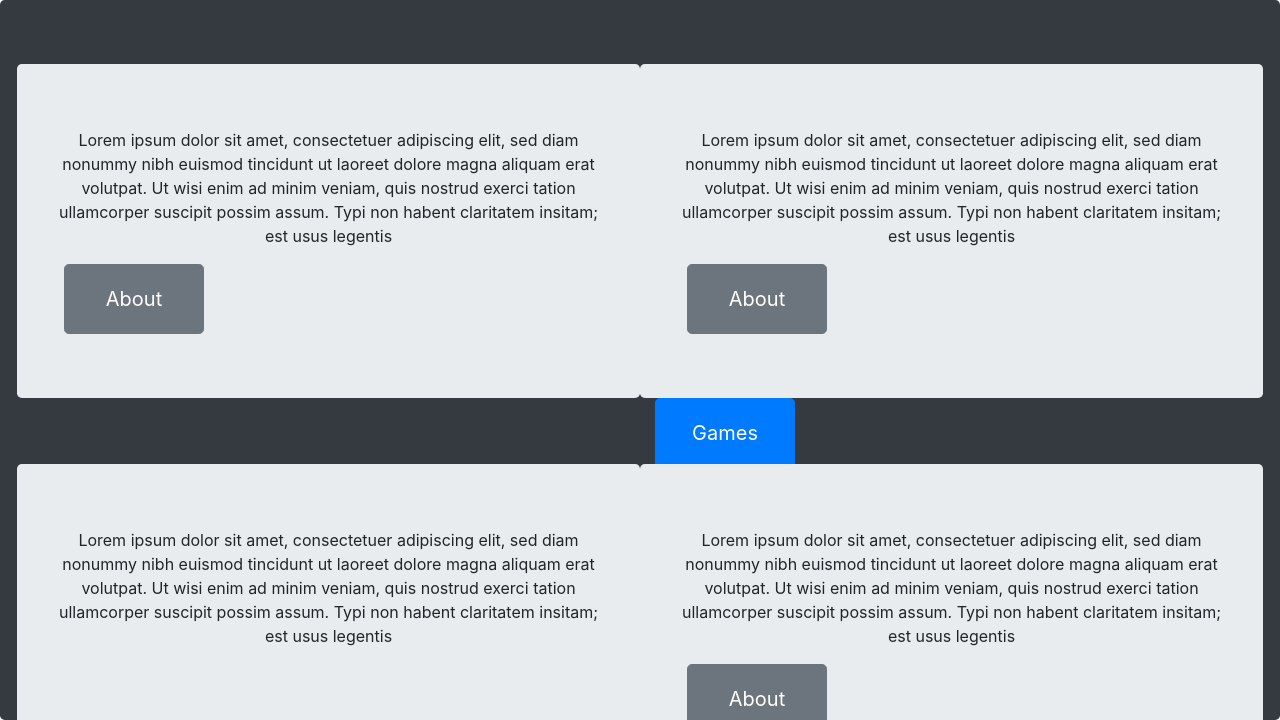
Repository: Kamicoda/Noteblock
Page: index.html
The author's editor kept a record of every edit. The page is drawn from the files as they stood at one moment, then again after the next edit.
The browser window is 1280 px wide. The pictures show the whole page.
Some web libraries are served in a nearby version.

Above is the page before.

After the next edit:
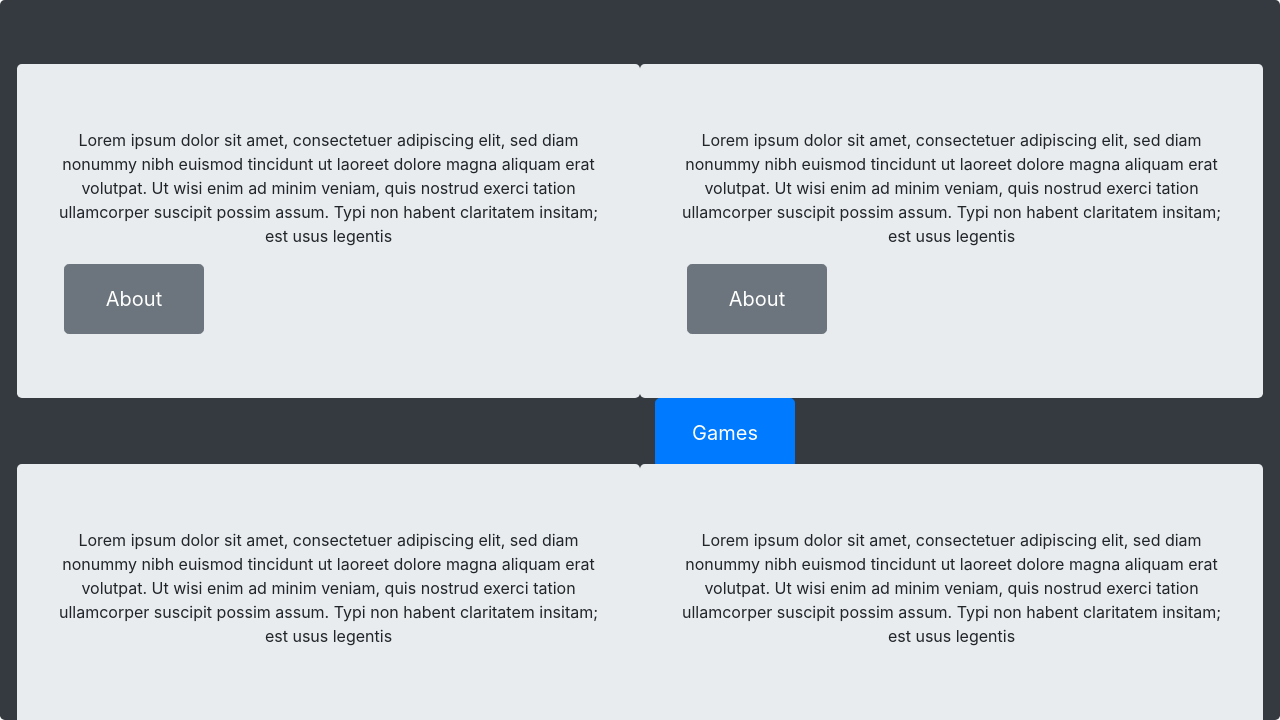
The edit:
--- a/index.html
+++ b/index.html
@@ -108,13 +108,8 @@
                                     <p>Lorem ipsum dolor sit amet, consectetuer adipiscing elit, sed diam nonummy nibh euismod tincidunt ut laoreet dolore magna aliquam erat volutpat. Ut wisi enim ad minim veniam, quis nostrud exerci tation ullamcorper suscipit
                                         possim assum. Typi non habent claritatem insitam; est usus legentis
                                     </p>
-                                    <div class="col align-bottom right">
-                                        <button type="button" class="btn btn-secondary btn-lg babout content-end ">About</button>
-                                    </div>
                                 </div>
-
                             </div>
-
                         </div>
 
                         <div class="col">
